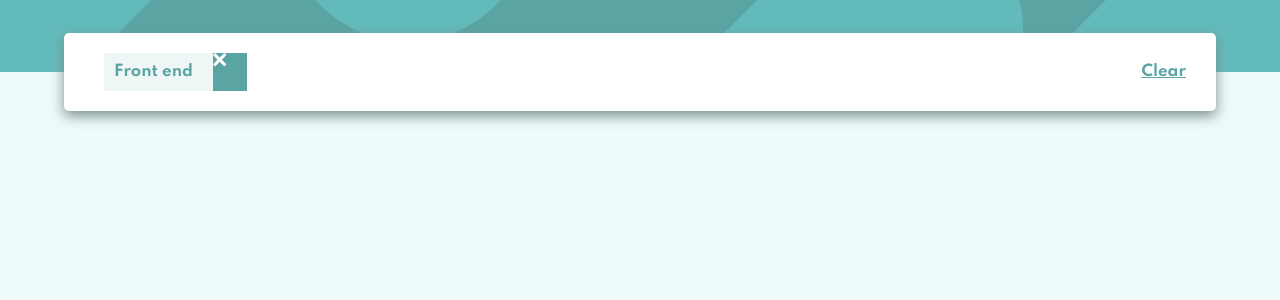
Repository: tomas938/Job-filters
Page: /
These files come from the project's save history. The page is drawn as it stood at one moment and after the next save; the edit follows.
The browser window is 1280 px wide. The pictures show the whole page.
The project was rebuilt for these pictures with package versions that can differ from the ones it lists, and the page was loaded fresh each time.

Above is the page before, as saved 2021-08-14 18:33:41.

### src/App.vue
<template>
	<router-view />
</template>

<style lang="scss">
@import "./scss/main";
</style>

### src/router/index.js
import { createRouter, createWebHashHistory } from "vue-router";
import Home from "../views/Home.vue";

const routes = [
	{
		path: "/",
		name: "Home",
		component: Home,
	},
];

const router = createRouter({
	history: createWebHashHistory(),
	routes,
});

export default router;

### src/scss/main.scss
// FONTS //
@import url("https://fonts.googleapis.com/css2?family=Spartan:wght@500;700&display=swap");

$font-primary: "Spartan", sans-serif;
$font-medium: 500;
$font-bold: 700;

// COLORS //

$dark-cyan: hsl(180, 29%, 50%);
$light-cyan-bg: hsl(180, 52%, 96%);
$light-cyan-filter: hsl(180, 31%, 95%);
$dark-grayish-cyan: hsl(180, 8%, 52%);
$very-dark-grayish-cyan: hsl(180, 14%, 20%);
$white: #fff;
* {
	margin: 0;
	padding: 0;
	box-sizing: border-box;
}
html {
	font-size: 62.5%;
}
body {
	font-size: 1.5rem;
	background-color: $light-cyan-bg;
	font-family: $font-primary;
	font-weight: $font-medium;
}
//RESET

### src/views/Home.vue
<template>
	<header>
		<div class="filter-bar">
			<div class="filters">
				<div class="filter-wrapper">
					<div class="filter-item">
						<div class="property">Front end</div>
						<svg xmlns="http://www.w3.org/2000/svg" width="14" height="14">
							<path
								fill="#FFF"
								fill-rule="evenodd"
								d="M11.314 0l2.121 2.121-4.596 4.596 4.596 4.597-2.121 2.121-4.597-4.596-4.596 4.596L0 11.314l4.596-4.597L0 2.121 2.121 0l4.596 4.596L11.314 0z"
							/>
						</svg>
					</div>
				</div>
				<a href="#">Clear</a>
			</div>
		</div>
	</header>
	<main>
		<!-- <div class="card-image">
			<img src="${item.logo}" alt="" />
		</div>
		<div class="card-information">
			<div class="left">
				<div class="company">
					${item.company}
					<div class="detail-information">
						<div class="new">New!</div>
						<div class="featured">Featured</div>
					</div>
				</div>
				<div class="role">${item.position}</div>
				<ul class="information">
					<li>${item.postedAt}</li>
					<li>${item.contract}</li>
					<li>${item.location}</li>
				</ul>
			</div>
			${item.languages ? lang(item.languages, item.role, item.level) : ""}
		</div> -->
	</main>
</template>

<script>
// @ is an alias to /src

export default {
	name: "Home",
	components: {},
};
</script>
<style lang="scss" scoped>
@import "../scss/main.scss";

main {
	padding: 10rem 0rem;
	display: flex;
	align-items: center;
	flex-direction: column;
	grid-gap: 2.5rem;
	.card {
		width: 90%;
		max-width: 120rem;
		display: flex;
		position: relative;
		grid-gap: 1.5rem;
		padding: 1rem 3rem;
		box-shadow: 0px 5px 13px 0px $dark-grayish-cyan;
		border-radius: 0.5rem;
		background-color: $white;
		&::after {
			content: "";
			position: absolute;
			top: 0;
			left: 0;
			height: 100%;
			width: 0.5rem;
			background-color: $dark-cyan;
		}
	}
	.card-information {
		width: 100%;
		display: flex;
		justify-content: space-between;
		align-items: center;
	}
	.left,
	.right {
		display: flex;
	}
	.left {
		flex-direction: column;
		grid-gap: 1rem;
	}
	.right {
		grid-gap: 1.5rem;
		flex-direction: row;
		align-items: center;
		color: $dark-cyan;
		font-weight: $font-bold;
		.filter {
			background-color: $light-cyan-filter;
			padding: 1rem;
			cursor: pointer;
			&:hover {
				transition: all 0.3s ease-in-out;
				background-color: $dark-cyan;
				color: $white;
			}
		}
	}
	.information {
		display: flex;
	}
	.company {
		color: $dark-cyan;
		font-weight: $font-bold;
		display: flex;
		align-items: center;
		grid-gap: 2rem;
	}
	.detail-information {
		display: flex;
		grid-gap: 1rem;
		color: $white;
	}
	.featured,
	.new {
		padding: 0.5rem 1rem;
		border-radius: 2rem;
	}
	.new {
		background-color: $dark-cyan;
	}
	.featured {
		background-color: $very-dark-grayish-cyan;
	}
	.role {
		font-weight: $font-bold;
	}
	.information {
		display: flex;
		grid-gap: 3rem;
		font-weight: $font-medium;
		color: $dark-grayish-cyan;
	}
	li:first-child {
		list-style: none;
	}
}
//
header {
	height: 10vh;
	background-color: $dark-cyan;
	background-image: url(../assets/img/bg-header-desktop.svg);
	background-repeat: no-repeat;
	background-position: center;
	background-size: cover;
	position: relative;
}

.filter-bar {
	position: absolute;
	bottom: 0;
	margin-left: auto;
	margin-right: auto;
	left: 0;
	right: 0;
	text-align: center;
	transform: translateY(50%);
	width: 90%;
	margin: auto;
	max-width: 120rem;
	grid-gap: 1.5rem;
	padding: 1rem 3rem;
	box-shadow: 0px 5px 13px 0px $dark-grayish-cyan;
	border-radius: 0.5rem;
	background-color: $white;
}
.filters {
	display: flex;
	justify-content: space-between;
	align-items: center;
	color: $dark-cyan;
}
a {
	color: $dark-cyan;
	font-weight: $font-bold;
}
.filter-wrapper {
	display: flex;
	grid-gap: 1rem;
	background-color: $white;
	font-weight: $font-bold;
	padding: 1rem;
	cursor: pointer;
}
.filter-item {
	background-color: #eef6f6;
	display: flex;
	justify-content: center;
	grid-gap: 1rem;
}
.property {
	padding: 1rem;
}
svg {
	height: 100%;
	width: 3.4rem;
	background-color: $dark-cyan;
	&:hover {
		transition: all 0.3s ease-in-out;
		background-color: $very-dark-grayish-cyan;
	}
}
</style>

Loaded but not shown: public/index.html (common file); src/main.js (common file); src/store/index.js (common file)

After the next save:
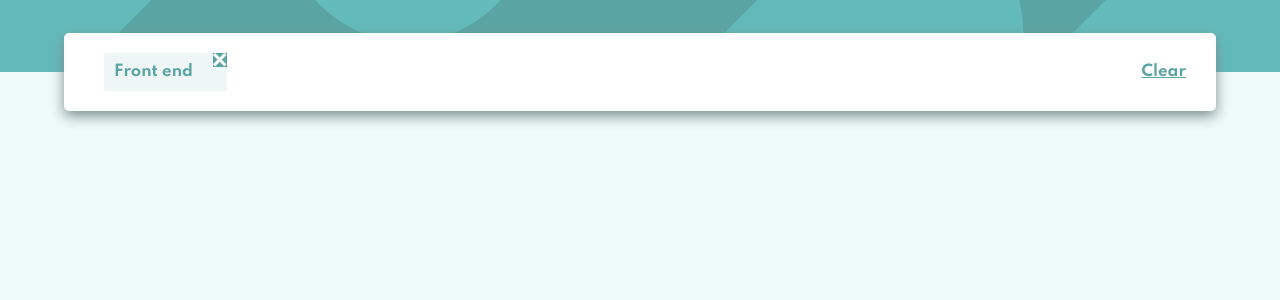
Saved 7 s later.
--- a/src/views/Home.vue
+++ b/src/views/Home.vue
@@ -207,8 +207,6 @@ a {
 	padding: 1rem;
 }
 svg {
-	height: 100%;
-	width: 3.4rem;
 	background-color: $dark-cyan;
 	&:hover {
 		transition: all 0.3s ease-in-out;
